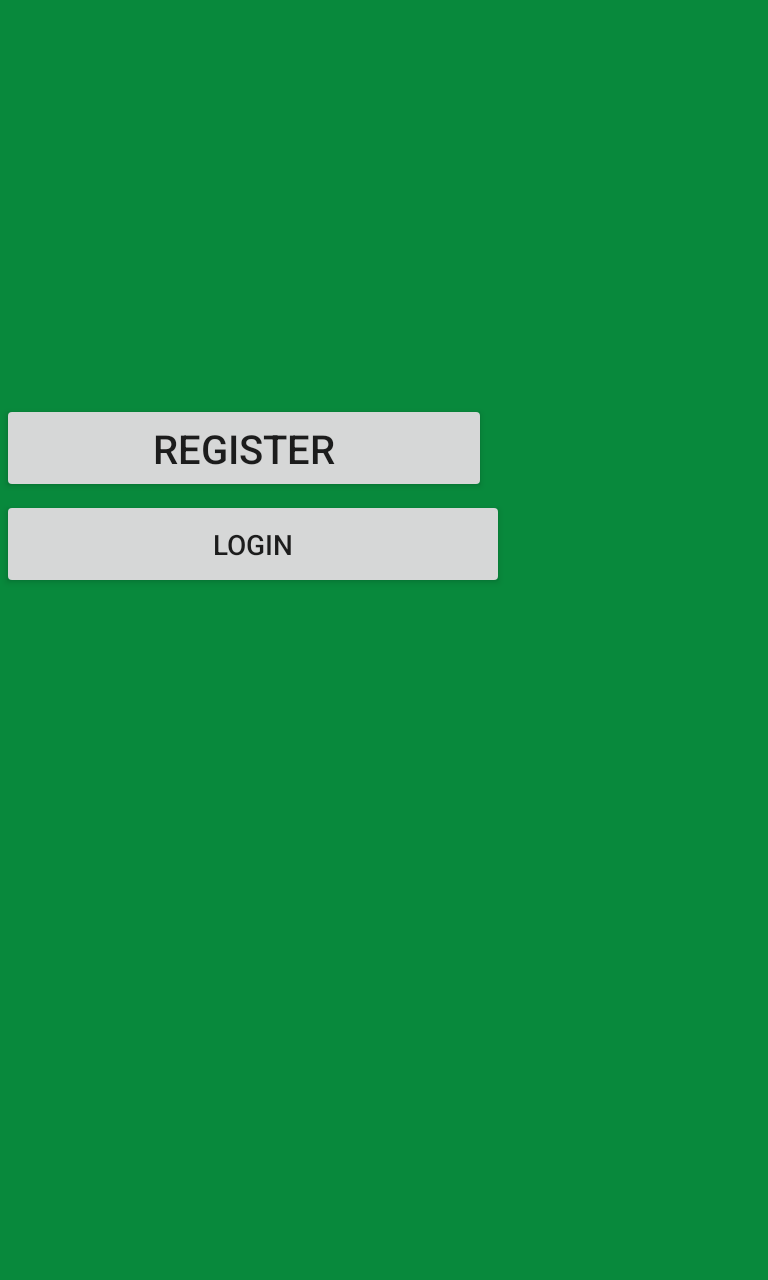
Repository: janemuthoni/icon
Layout: Exam/res/layout/welcome.xml
These files come from the project's save history. The layout is drawn as it stood at one moment and after the next save; the edit follows.
It is drawn on a 768 x 1280 px phone screen (xhdpi) without system bars, with theme AppTheme; the app's code is not run.

Above is the layout before, as saved 2014-08-07 07:53:08.

After the next save:
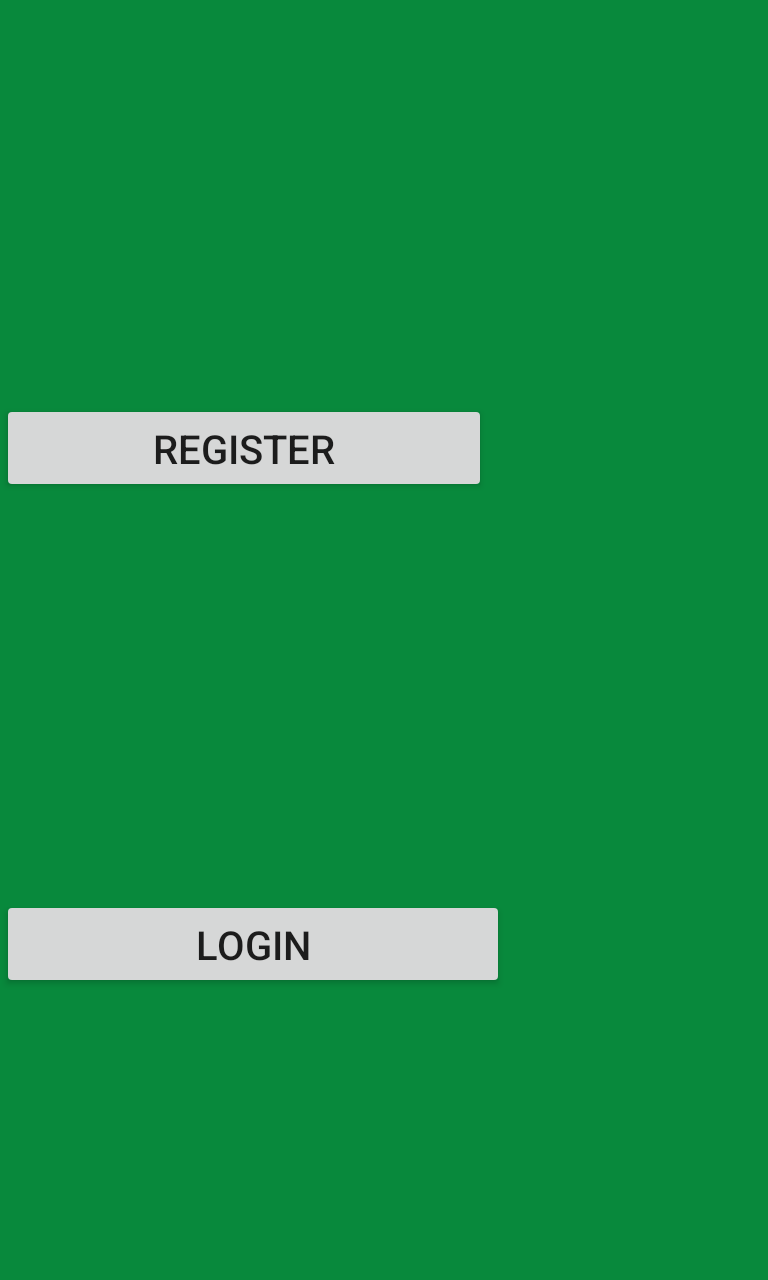
Saved 16 s later.
--- a/Exam/res/layout/welcome.xml
+++ b/Exam/res/layout/welcome.xml
@@ -18,6 +18,9 @@
         android:id="@+id/buttonlogin"
         android:layout_width="253dp"
         android:layout_height="wrap_content"
-        android:text="@string/buttonLogin" />
+        android:text="@string/buttonLogin"
+         android:layout_marginTop="200dp"
+        android:maxWidth="100dp"
+        android:textSize="20sp" />
 
 </LinearLayout>

After the save that followed:
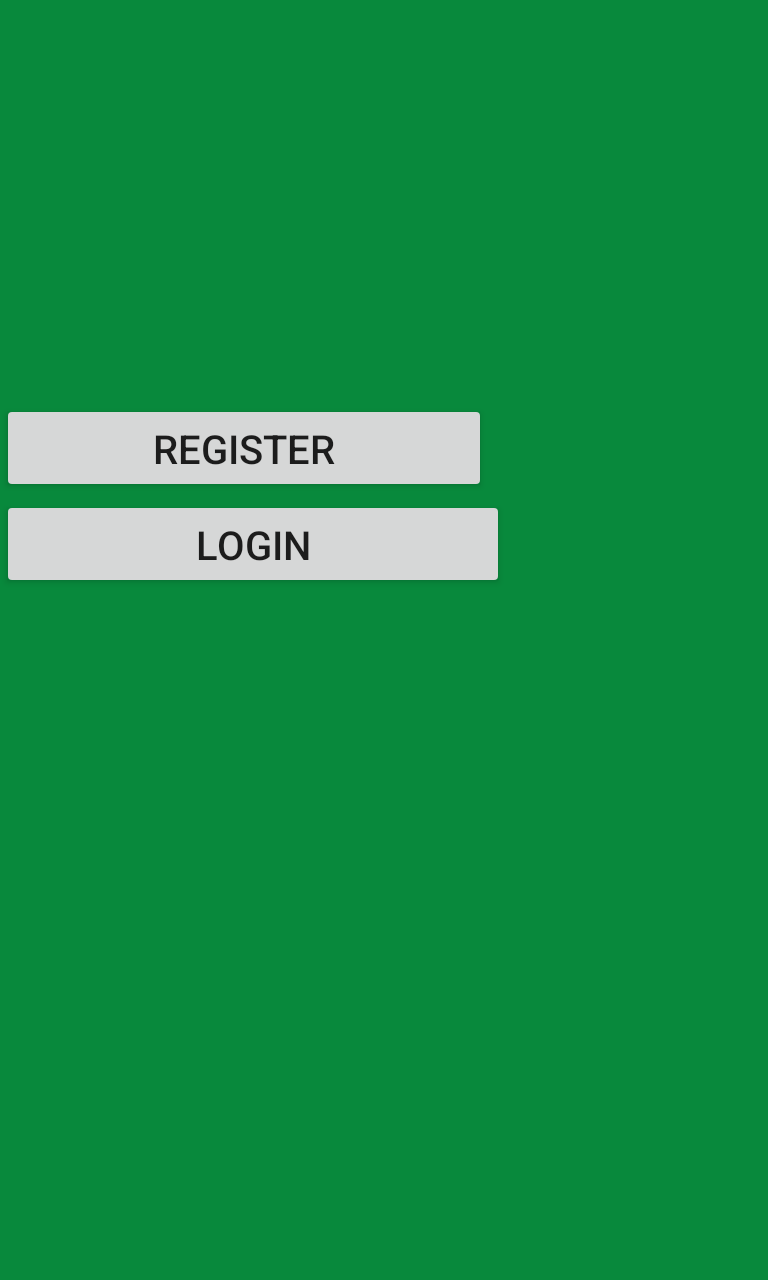
Saved 16 s later.
--- a/Exam/res/layout/welcome.xml
+++ b/Exam/res/layout/welcome.xml
@@ -19,7 +19,6 @@
         android:layout_width="253dp"
         android:layout_height="wrap_content"
         android:text="@string/buttonLogin"
-         android:layout_marginTop="200dp"
         android:maxWidth="100dp"
         android:textSize="20sp" />
 
